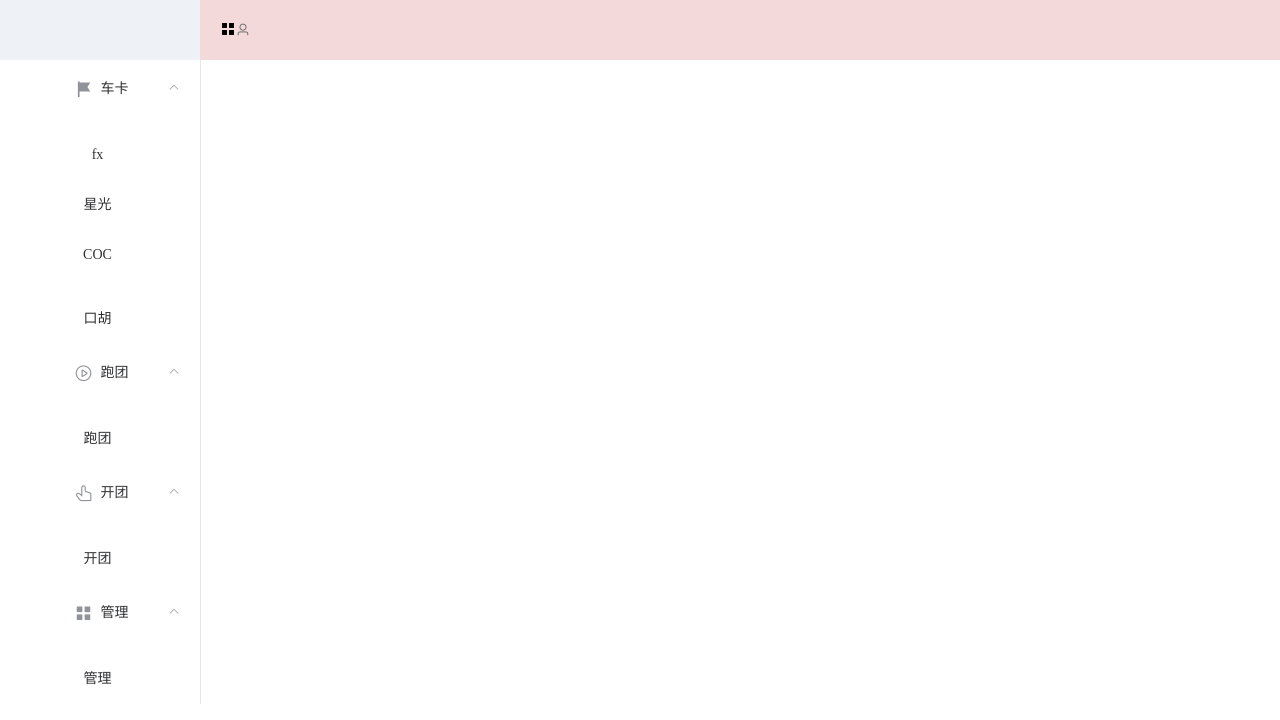
Repository: redlout/ptgkd
Page: /
An editor plug-in stored every save of this project. The page is shown before and after the next save, followed by the edit.
The browser window is 1280 px wide. The pictures show the whole page.
The project was rebuilt for these pictures with package versions that can differ from the ones it lists, and the page was loaded fresh each time. Also part of the build but not shown: src/mock/mock.js, src/views/Login.vue, src/components/SvgIcon/index.vue.

Above is the page before, as saved 2019-09-02 16:43:55.

After the next save:
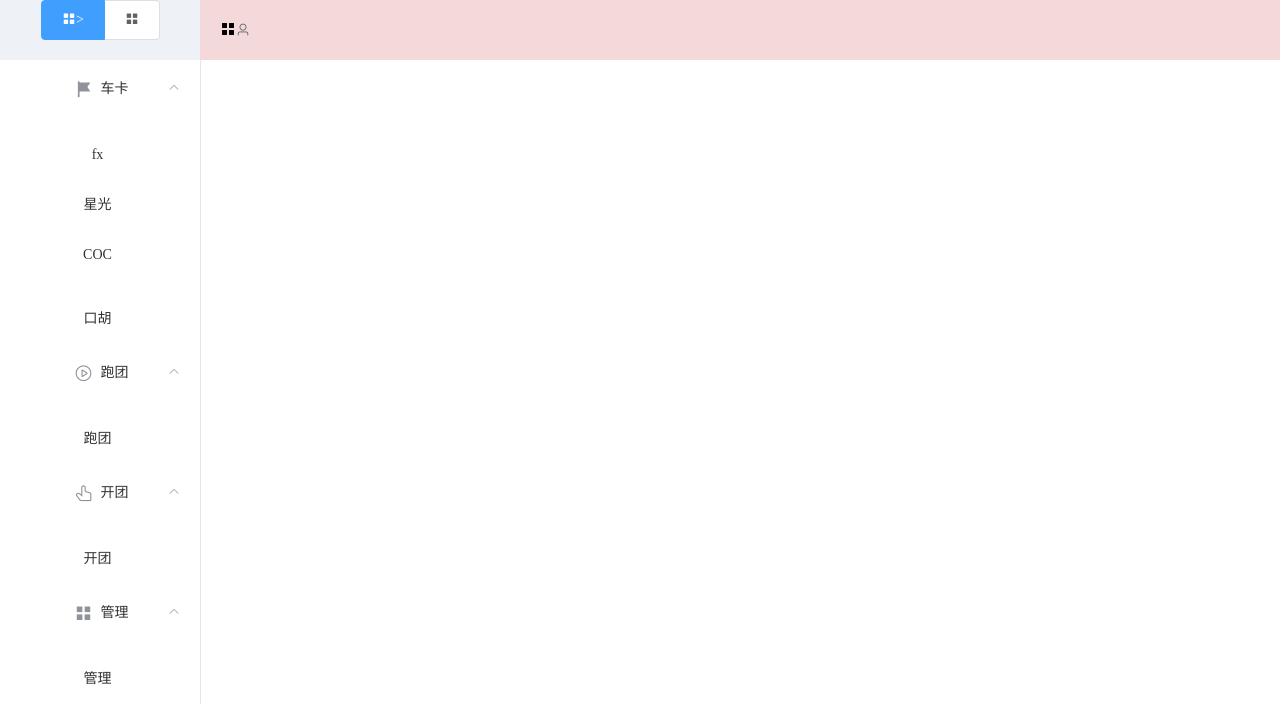
Saved 64 s later.
--- a/src/components/AsideBar/index.vue
+++ b/src/components/AsideBar/index.vue
@@ -1,8 +1,8 @@
 <template>
   <el-aside width="initial" style="background-color: rgb(238, 241, 246) ">
           <el-radio-group v-model="isCollapse" style="margin-bottom:20px;">
-        <el-radio-button :class="collapse?'menu-bar-collapse-width':'menu-bar-width'"><i class="el-icon-menu"></i></el-radio-button>
-        <el-radio-button :class="collapse?'menu-bar-collapse-width':'menu-bar-width'"><i class="el-icon-menu"></i></el-radio-button>
+        <el-radio-button :label="false"><i class="el-icon-menu"></i>></el-radio-button>
+        <el-radio-button :label="true"><i class="el-icon-menu"></i></el-radio-button>
       </el-radio-group>
     <el-menu
       :default-openeds="['1','2','3','4']"
